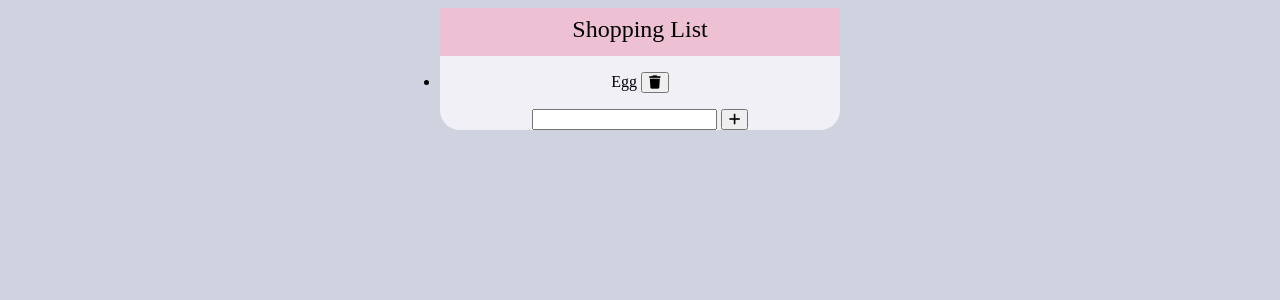
Repository: ggandory/browser101
Page: chapter5/index.html
These files come from the project's save history. The page is drawn as it stood at one moment and after the next save; the edit follows.
The browser window is 1280 px wide. The pictures show the whole page.
Some web libraries are served in a nearby version.

Above is the page before, as saved 2024-04-14 22:47:56.

### chapter5/index.html
<!DOCTYPE html>
<html lang="en">
  <head>
    <meta charset="UTF-8" />
    <meta name="viewport" content="width=device-width, initial-scale=1.0" />
    <title>Shopping List</title>
    <script src="main.js" defer></script>
    <script
      src="https://kit.fontawesome.com/9eb162ac0d.js"
      crossorigin="anonymous"
    ></script>
    <link rel="stylesheet" href="style.css" />
  </head>
  <body>
    <section class="list">
      <header class="header">Shopping List</header>
      <ul class="items">
        <li class="item_row">
          <div class="item">
            <span class="item_name">Egg</span>
            <button class="item_delte">
              <i class="fa-solid fa-trash"></i>
            </button>
          </div>
        </li>
      </ul>
      <footer class="footer">
        <input type="text" class="footer_input" />
        <button class="footer_button">
          <i class="fa-solid fa-plus"></i>
        </button>
      </footer>
    </section>
  </body>
</html>

### chapter5/style.css
* {
  box-sizing: border-box;
}

ul {
  padding: 0;
}

body {
  background-color: #ced3df;
  text-align: center;
}

.list {
  width: 400px;
  margin: auto;
  background-color: #f1f0f7;
  border-radius: 20px;
}

.header{
  height: 48px;
  padding: 8px;
  font-size: 24px;
  background: rgba(237, 193, 211);
  background: linear-gradient(
    166deg,
    rgba(237, 193, 211, 1) 0%,
    rgba(219, 192, 216, 1) 35%,
    rgba(127, 188, 242, 1) 100%
  );
}

Loaded but not shown: chapter5/main.js (no stored copy; drawn as an empty file)

After the next save:
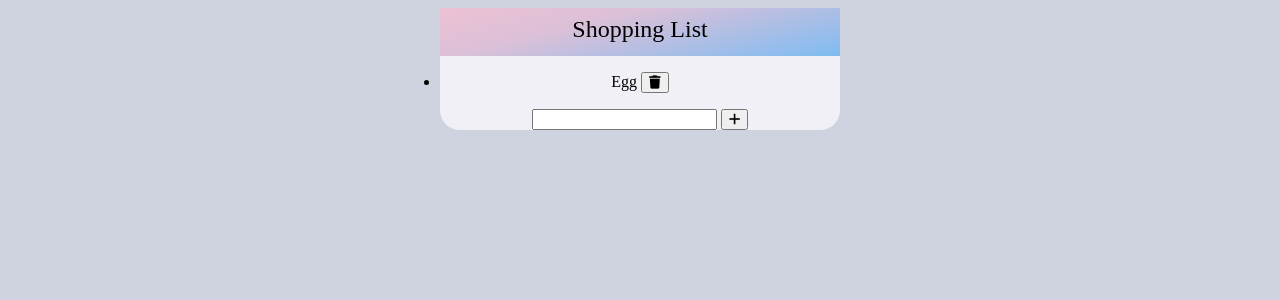
Saved 48 s later.
--- a/chapter5/style.css
+++ b/chapter5/style.css
@@ -18,15 +18,15 @@ body {
   border-radius: 20px;
 }
 
-.header{
+.header {
   height: 48px;
   padding: 8px;
   font-size: 24px;
   background: rgba(237, 193, 211);
-  background: linear-gradient(
-    166deg,
-    rgba(237, 193, 211, 1) 0%,
-    rgba(219, 192, 216, 1) 35%,
-    rgba(127, 188, 242, 1) 100%
-  );
+  background: linear-gradient(
+    166deg,
+    rgba(237, 193, 211, 1) 0%,
+    rgba(219, 192, 216, 1) 35%,
+    rgba(127, 188, 242, 1) 100%
+  );
 }
